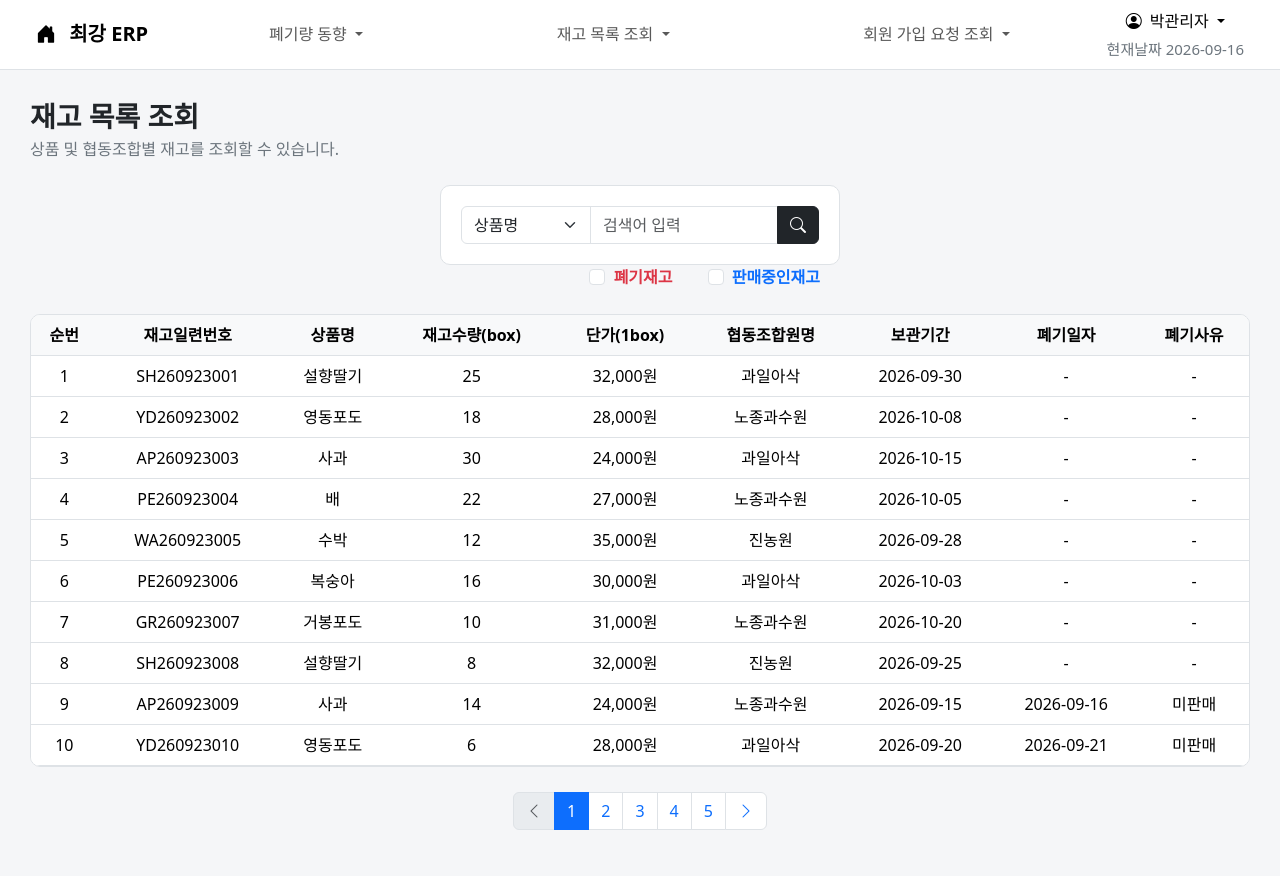
Repository: nojong99/kosta
Page: 32_MVCModel2/src/main/webapp/inventoryList.html
An editor plug-in stored every save of this project. The page is shown before and after the next save, followed by the edit.
The browser window is 1280 px wide. The pictures show the whole page.

Above is the page before, as saved 2026-09-23 06:10:51.

After the next save:
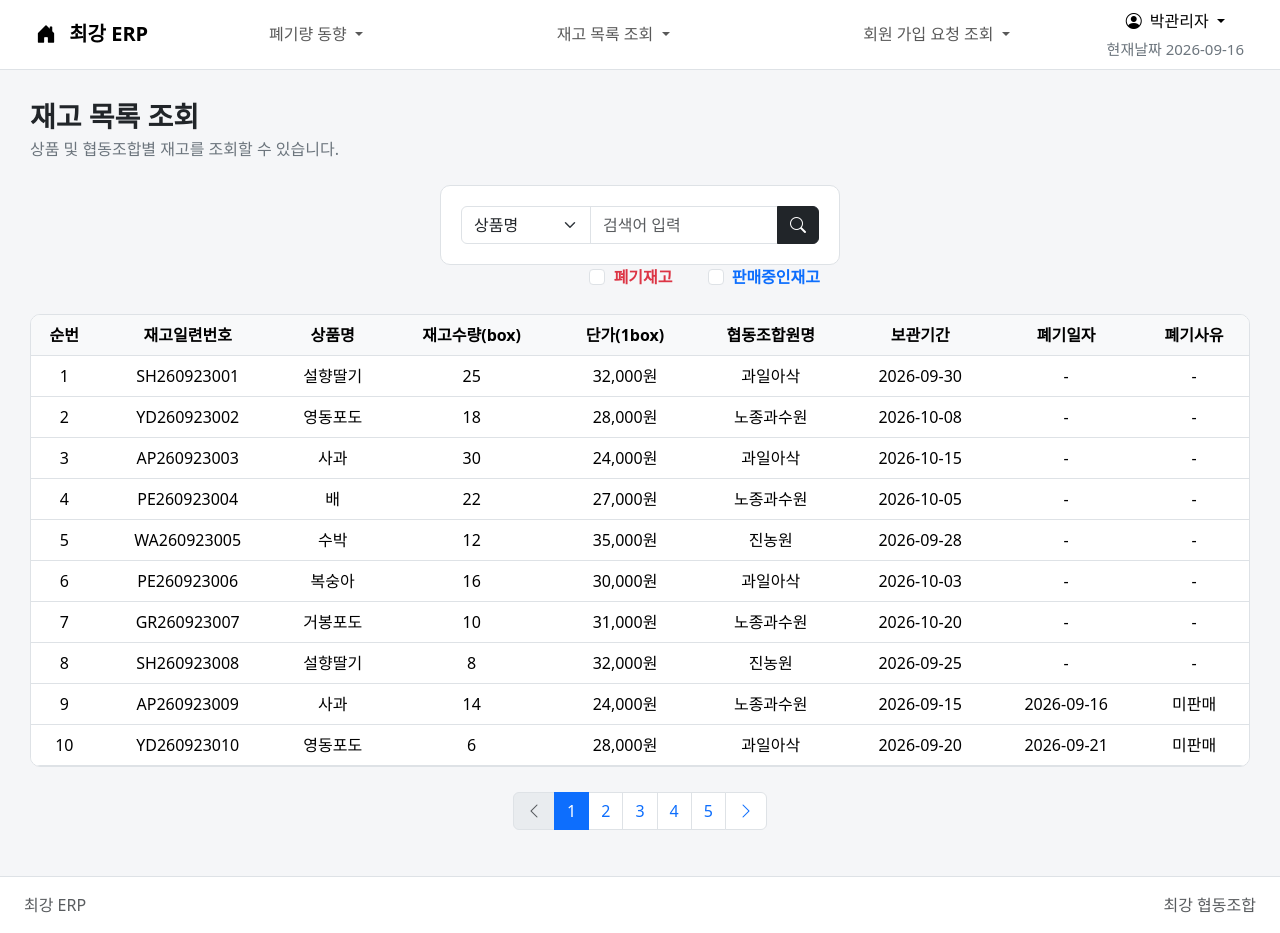
Saved 60 s later.
--- a/32_MVCModel2/src/main/webapp/inventoryList.html
+++ b/32_MVCModel2/src/main/webapp/inventoryList.html
@@ -407,7 +407,20 @@ body {
 		</div>
 
 	</main>
-
+<footer class="py-3 bg-white border-top">
+
+		<div class="container-fluid px-4">
+
+			<div class="d-flex justify-content-between">
+
+				<span class="text-muted"> 최강 ERP </span> <span class="text-muted">
+					최강 협동조합 </span>
+
+			</div>
+
+		</div>
+
+	</footer>
 
 	<script>
 		// 현재 날짜 표시
